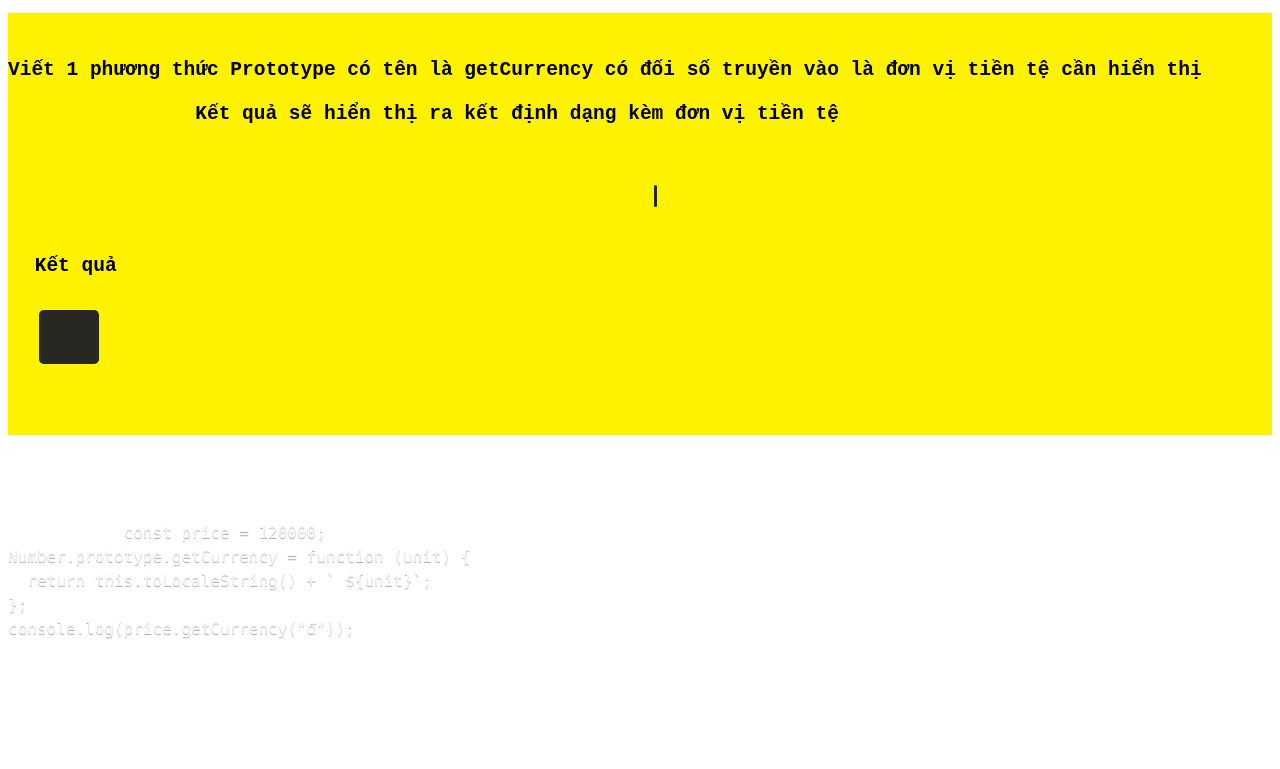
Repository: Dongnguyen318/Quydong
Page: Day 22/ex02.html
These files come from the project's save history. The page is drawn as it stood at one moment and after the next save; the edit follows.
The browser window is 1280 px wide. The pictures show the whole page.

Above is the page before, as saved 2023-08-29 23:55:41.

### Day 22/ex02.html
<!DOCTYPE html>
<html lang="en">
  <head>
    <meta charset="UTF-8" />
    <meta name="viewport" content="width=device-width, initial-scale=1.0" />
    <title>Document</title>
    <link
      rel="stylesheet"
      href="https://cdn.jsdelivr.net/npm/prismjs@1.29.0/themes/prism-okaidia.min.css"
    />
    <script src="./js/2.js"></script>
  </head>
  <body>
    <pre style="background-color: rgb(255, 242, 0)">
        <code >
            <h2>Viết 1 phương thức Prototype có tên là getCurrency có đối số truyền vào là đơn vị tiền tệ cần hiển thị

                Kết quả sẽ hiển thị ra kết định dạng kèm đơn vị tiền tệ</h2>
<p style="text-align: center;">
    <code class="language-js">
    </code>
    <h2 style="padding: 15px;" > Kết quả</h2>
    <code class="language-js" style="padding: 15px 30px 20px;">
    </code>


</p>
        </code>
    </pre>
    <br />
    <br />
    <pre>
        <code class="language-js">
            const price = 120000;
Number.prototype.getCurrency = function (unit) {
  return this.toLocaleString() + ` ${unit}`;
};
console.log(price.getCurrency("đ"));



        </code>
    </pre>
    <script src="https://cdn.jsdelivr.net/npm/prismjs@1.29.0/components/prism-core.min.js"></script>
    <script src="https://cdn.jsdelivr.net/npm/prismjs@1.29.0/plugins/autoloader/prism-autoloader.min.js"></script>
  </body>
</html>

### Day 22/js/2.js
const price = 120000;
Number.prototype.getCurrency = function (unit) {
  return this.toLocaleString() + ` ${unit}`;
};
console.log(price.getCurrency("đ"));

After the next save:
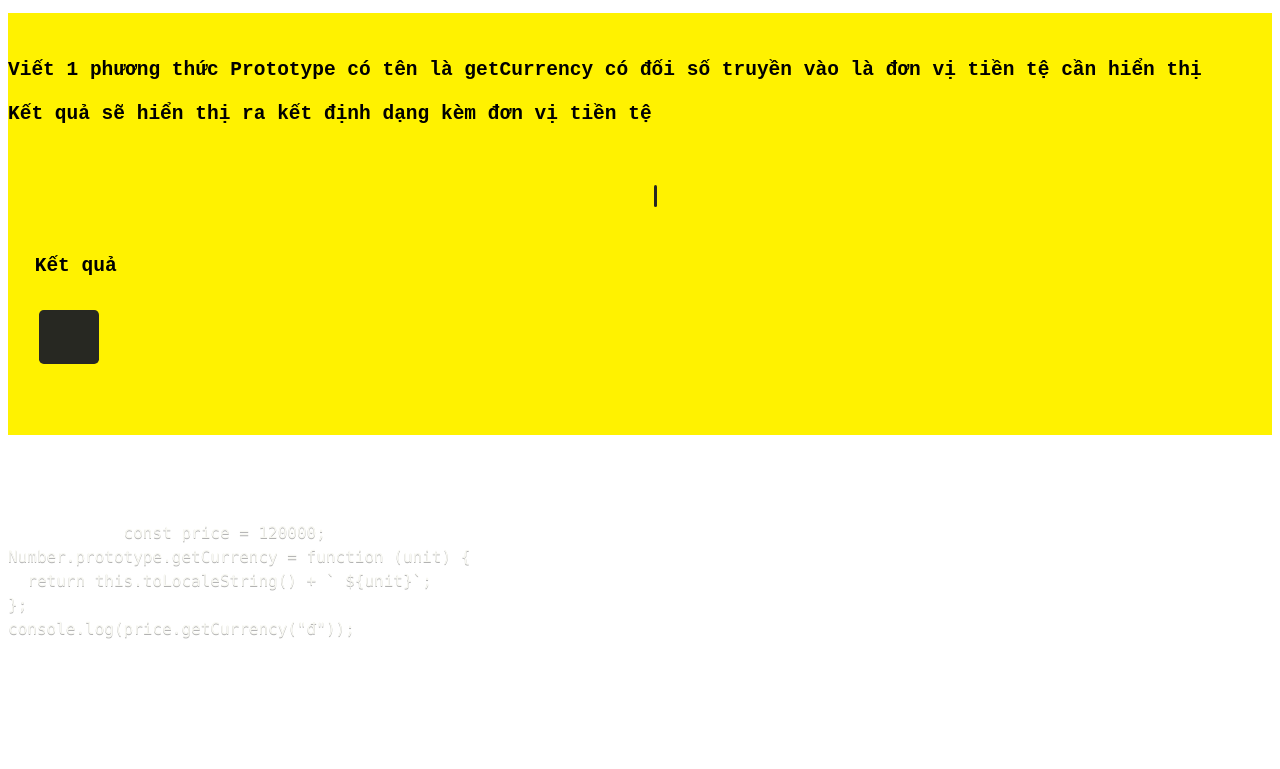
Saved 8 s later.
--- a/Day 22/ex02.html
+++ b/Day 22/ex02.html
@@ -15,7 +15,7 @@
         <code >
             <h2>Viết 1 phương thức Prototype có tên là getCurrency có đối số truyền vào là đơn vị tiền tệ cần hiển thị
 
-                Kết quả sẽ hiển thị ra kết định dạng kèm đơn vị tiền tệ</h2>
+Kết quả sẽ hiển thị ra kết định dạng kèm đơn vị tiền tệ</h2>
 <p style="text-align: center;">
     <code class="language-js">
     </code>
